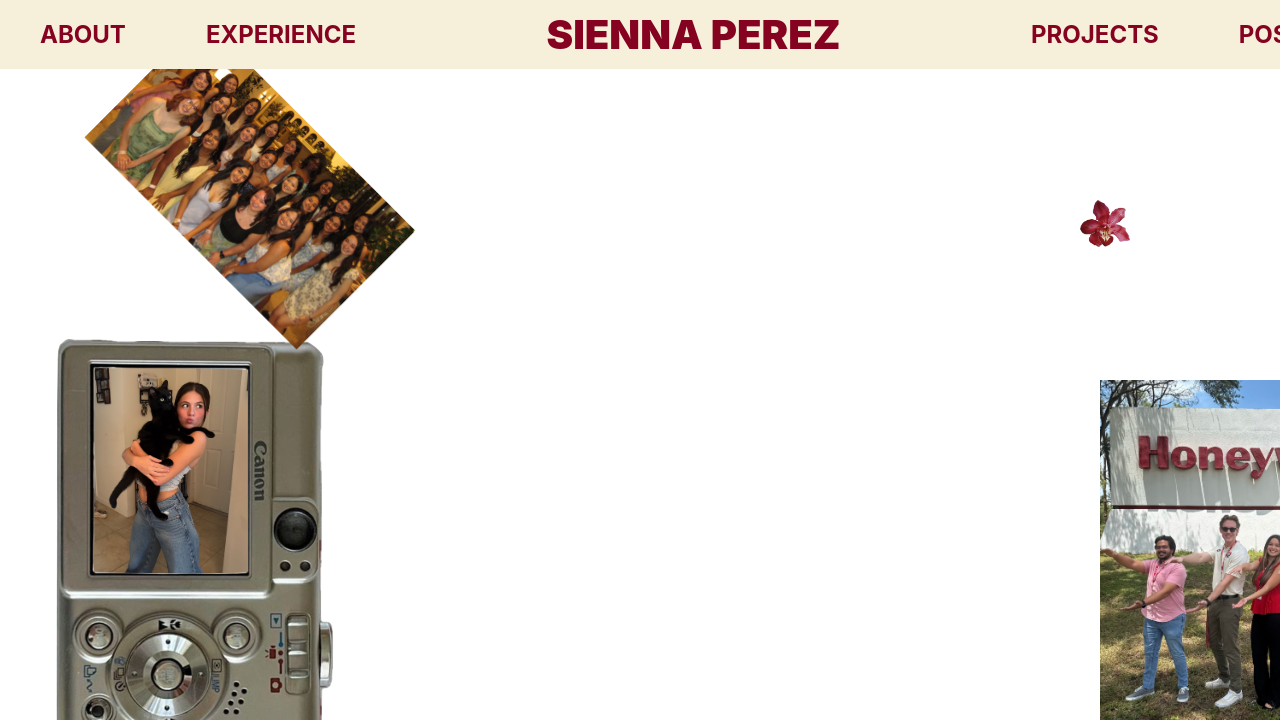
Repository: siennaperez/siennaperezweb
Page: /experience
An editor plug-in stored every save of this project. The page is shown before and after the next save, followed by the edit.
The browser window is 1280 px wide. The pictures show the whole page.
The project was rebuilt for these pictures with package versions that can differ from the ones it lists, and the page was loaded fresh each time. Also part of the build but not shown: src/pages/About.css, src/pages/About.js, src/pages/Experience.css, src/pages/Experience.js.

Above is the page before, as saved 2025-09-24 12:57:38.

### src/App.js
import './App.css';
import ReactDOM from "react-dom/client";
import { HashRouter, Routes, Route, Link } from "react-router-dom";
import Navbar from "./components/Navbar";
import Home from "./pages/Home";
import About from "./pages/About";
import Experience from "./pages/Experience";


function App() {
  return (
    <HashRouter>
      <Navbar />
      <Routes>
        <Route path="/" element={<Home />} />
        <Route path="/about" element={<About />} />
        <Route path="/experience" element={<Experience />} />

      </Routes>
    </HashRouter>
  );
}

export default App;

### src/App.css
.App {
  text-align: center;
}

.App-logo {
  height: 40vmin;
  pointer-events: none;
}

@media (prefers-reduced-motion: no-preference) {
  .App-logo {
    animation: App-logo-spin infinite 20s linear;
  }
}

.App-header {
  background-color: #FFFCEF;
  min-height: 100vh;
  display: flex;
  flex-direction: column;
  align-items: center;
  justify-content: center;
  font-size: calc(10px + 2vmin);
  color: white;
}

.App-link {
  color: #61dafb;
}

@keyframes App-logo-spin {
  from {
    transform: rotate(0deg);
  }
  to {
    transform: rotate(360deg);
  }
}

### src/components/Navbar.js
import "./Navbar.css";
import { NavLink } from "react-router-dom";

const Navbar = () => {
  return (
    <nav className="navbar">
      <ul className="nav-list">
        <div className="nav-left">
          <li className="nav-item">
            <NavLink to="/about">ABOUT</NavLink>
          </li>
          <li className="nav-item">
            <NavLink to="/experience">EXPERIENCE</NavLink>
          </li>
        </div>

        <div className="nav-center">
          <li className="nav-item">
            <NavLink to="/">SIENNA PEREZ</NavLink>
          </li>
        </div>

        <div className="nav-right">
          <li className="nav-item">
            <NavLink to="/projects">PROJECTS</NavLink>
          </li>
          <li className="nav-item">
            <NavLink to="/posts">POSTS</NavLink>
          </li>
        </div>
      </ul>
    </nav>
  );
};

export default Navbar;

### src/pages/Home.js
import cam from '../media/cam.png';
import orchid from '../media/orchid.png';
import redpatches from '../media/red-patches.png';
import toops from '../media/sienna_toopy.jpg';
import honeywell from '../media/honeywell_gator.JPG';
import wicse from '../media/wicse.JPG';

import "./Home.css";



function Home() {
  return (
    <div className="App">
        <img src={toops} alt="toops" className="toops-img"/>;
        <img src={cam} alt="cam" className="cam-img"/>;
        <img src={orchid} alt="orchid" className="orchid-img"/>;
        <img src={redpatches} alt="redpatches" className="redpatches-img"/>;
        <img src={honeywell} alt="honeywell" className="honeywell-img"/>;
        <img src={wicse} alt="wicse" className="wicse-img"/>;



        < about />
    </div>

  );
}

export default Home;

### src/components/Navbar.css
.navbar {
  background-color: #F6F0DA;
  padding: 10px 40px;
  position: fixed;
  width: 100%;
  top: 0;
  z-index: 100;
}

.nav-list {
  display: flex;
  justify-content: space-between;
  align-items: center;
  list-style: none;
  margin: 0;
  padding: 0;
  font-weight: bold;
  font-size: 24px;
  color: #850221;
}

.nav-left,
.nav-right {
  display: flex;
  gap: 80px;
}

.nav-center {
  font-size: 40px;
  font-weight: 900;
}

.nav-item a {
  text-decoration: none;
  color: #850221;
}

### src/pages/Home.css


html, body {
  margin: 0;
  padding: 0;
  overflow: hidden;
  width: 100%;
  height: 100%;
}
#root {
  width: 100%;
  height: 100%;
  position: relative;
}

.App{
    position: relative;
}

.toops-img {
  width: 170px;
  height: auto;
  top: 360px;
  left: 80px;
  position: fixed
}

.cam-img {
  position: fixed;
  top: 150px;
  left: -50px;
  width: 450px;
  transform: rotate(90deg);
}

.orchid-img {
  position: absolute;
  top: 200px;
  right: 150px;
  width: 50px;
}

.redpatches-img {
  position: absolute;
  bottom: 50px;
  left: 50%;
  width: 10px;
  size-adjust: 1000%;
  size-adjust: 10px;
}


.honeywell-img {
  position: fixed;
  top: 380px;
  left: 1100px;
  width: 300px;
}

.wicse-img {
  position: fixed;
  top: 100px;
  left: 100px;
  width: 300px;
  transform: rotate(45deg);
}

Loaded but not shown: public/index.html (common file); src/index.js (common file); src/index.css (common file); src/reportWebVitals.js (common file)

After the next save:
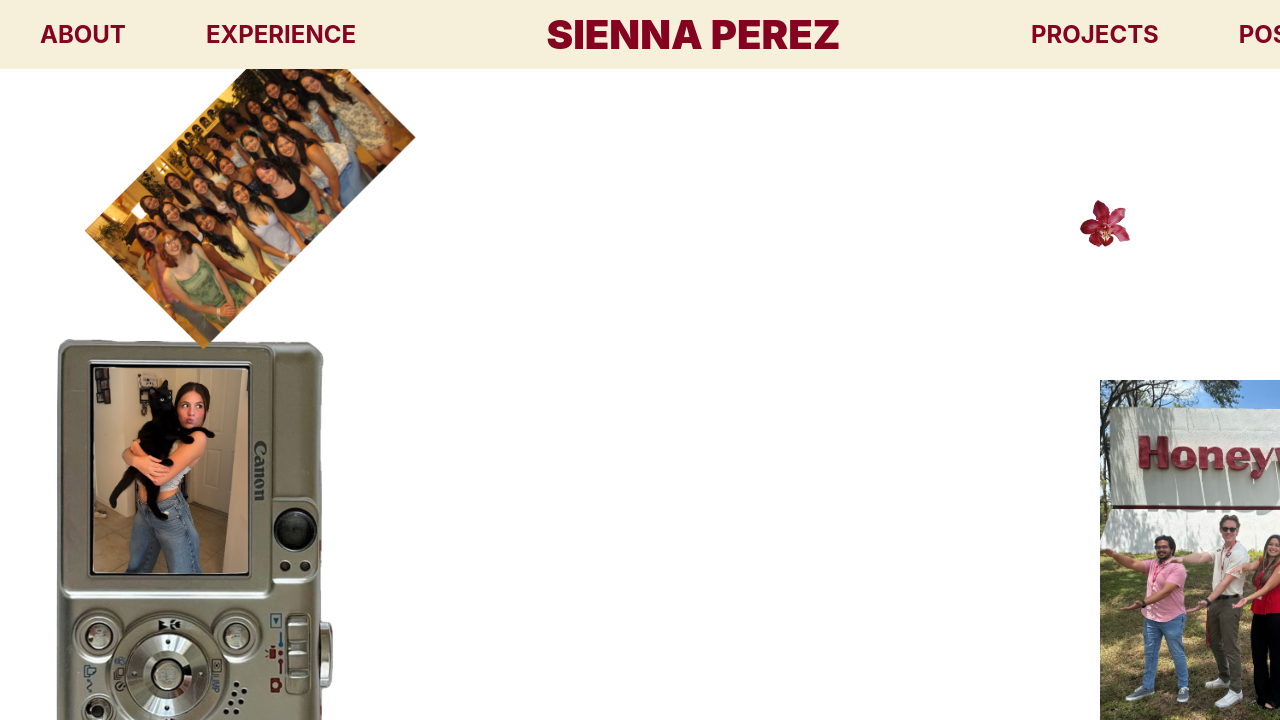
Saved 6 s later.
--- a/src/pages/Home.css
+++ b/src/pages/Home.css
@@ -62,5 +62,5 @@
   top: 100px;
   left: 100px;
   width: 300px;
-  transform: rotate(45deg);
+  transform: rotate(-45deg);
 }
